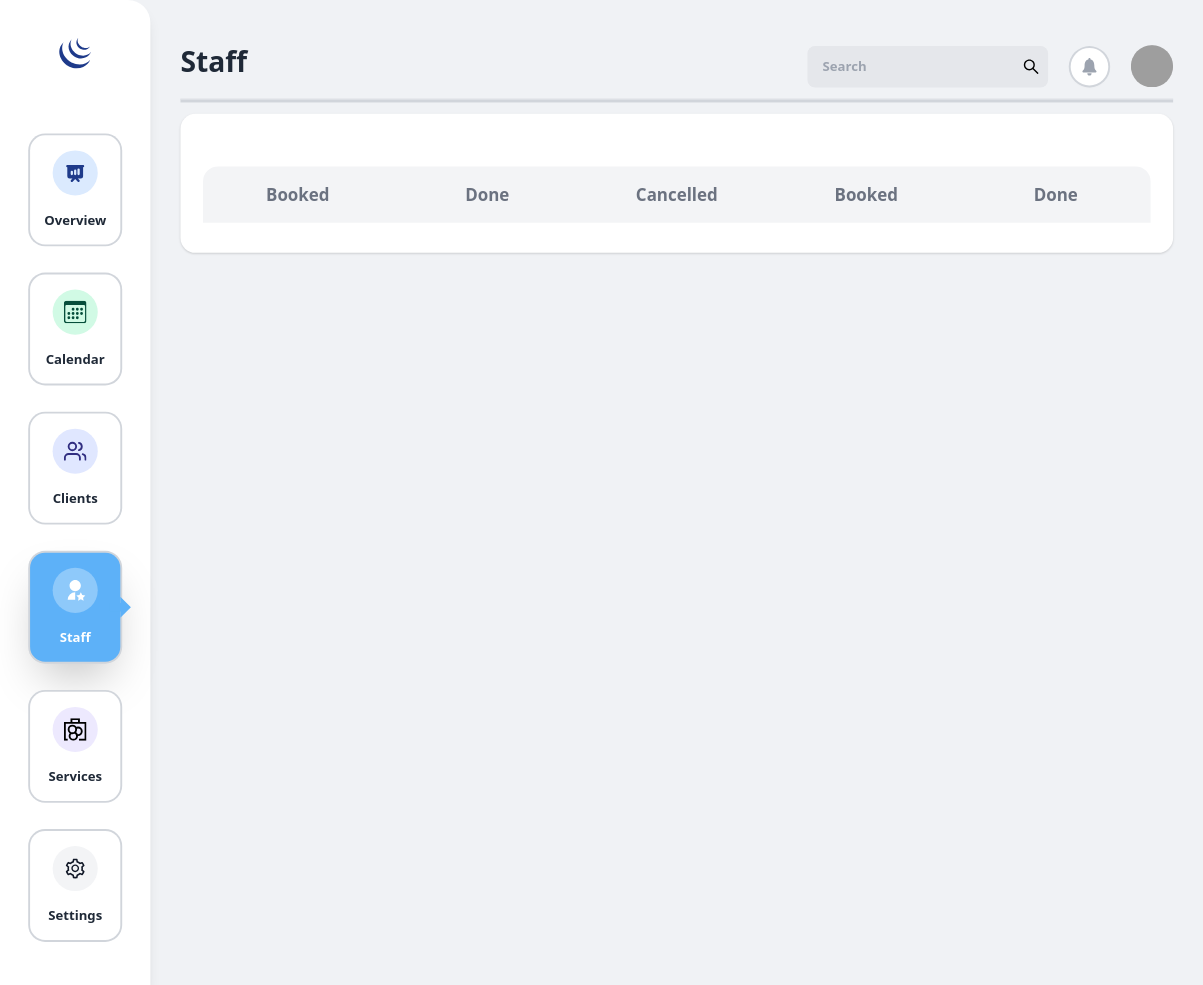
Repository: coolronts/dashboard
Page: /staff
An editor plug-in stored every save of this project. The page is shown before and after the next save, followed by the edit.
The browser window is 1280 px wide. The pictures show the whole page, at 94% of full size.
Pictures or frames that could not be fetched are drawn as grey boxes. The project was rebuilt for these pictures with package versions that can differ from the ones it lists, and the page was loaded fresh each time. Also part of the build but not shown: craco.config.js, src/Components/Tags/index.tsx, src/Utils/avatar.ts, src/api/Profile.ts, src/Units/Client/Profile/index.tsx, src/Units/Client/index.ts, src/Units/Client/Section/Left/index.tsx, src/Components/DropDown/index.tsx and 29 more.

Above is the page before, as saved 2021-11-29 10:20:07.

After the next save:
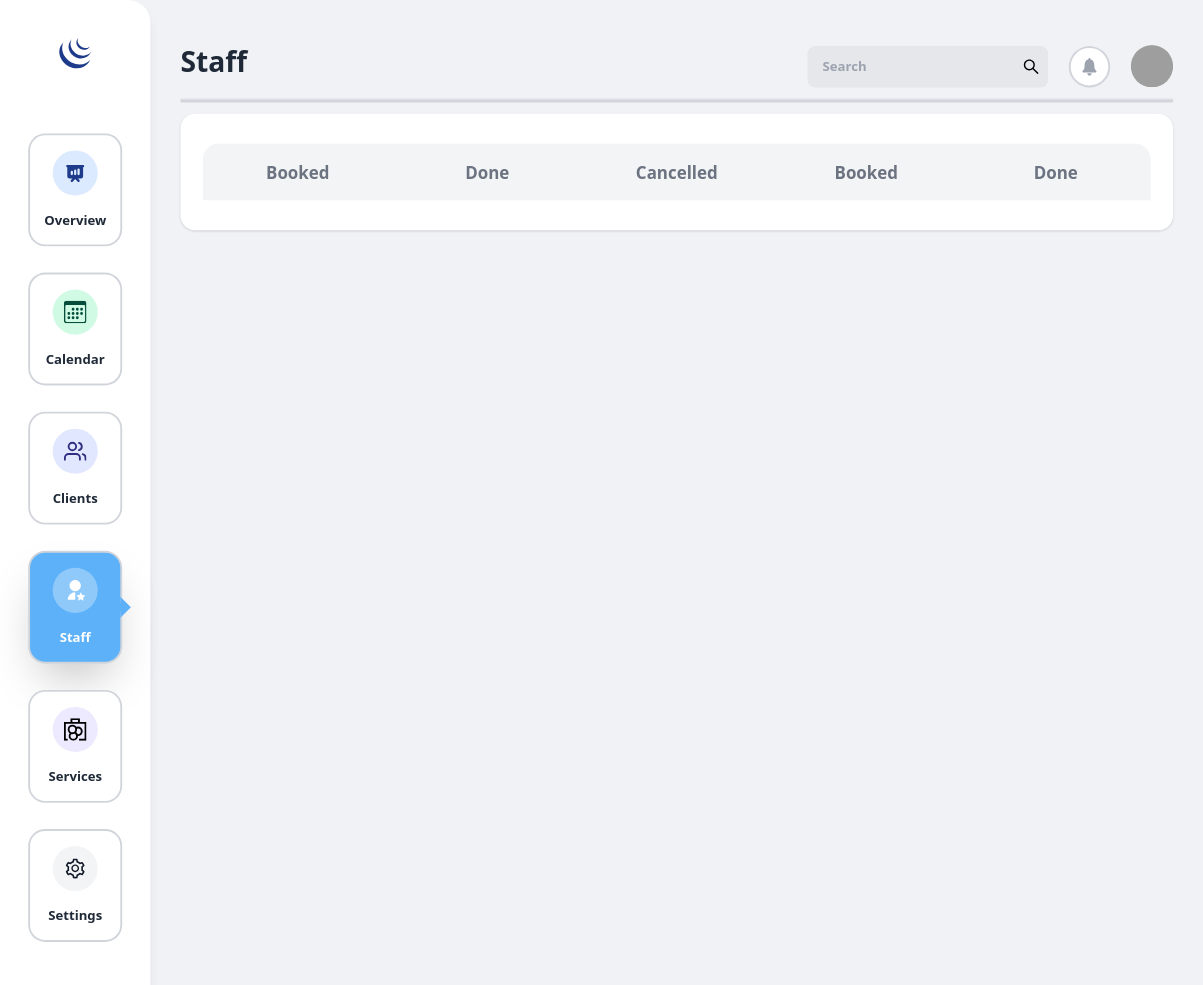
Saved 27 s later.
--- a/src/Components/Table/index.tsx
+++ b/src/Components/Table/index.tsx
@@ -5,8 +5,8 @@ interface TableProps {
 }
 const Table: React.FC<TableProps> = ({ isHeader = false, headings, data }) => {
   const styles = {
-    header: "flex justify-between bg-gray-100 py-4 rounded-t-2xl mt-6",
-    columnTitle: "text-lg text-gray-500 capitalize font-bold",
+    header: "flex justify-between bg-gray-100 py-4 rounded-t-2xl font-sans",
+    columnTitle: "text-lg text-gray-500 capitalize font-semibold",
     row: `flex text-sm items-center justify-between font-semibold font-sans tracking-tight py-3`,
   };
 
